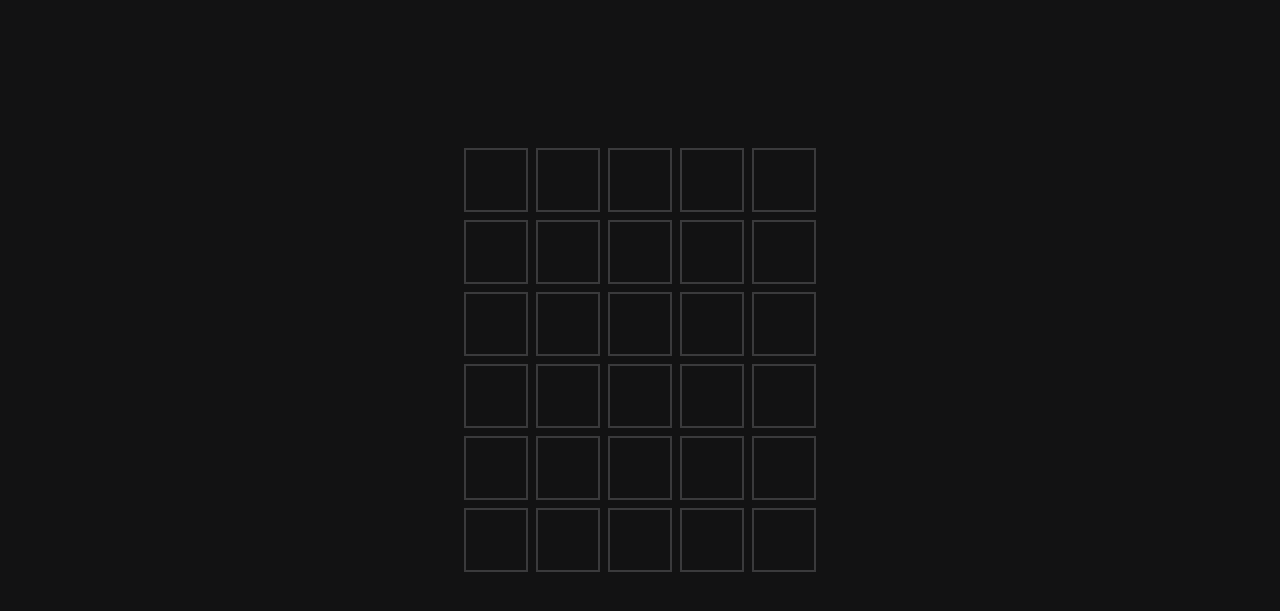
Repository: maxempolk/wordle-app
Page: / (app in frontend/)
The author's editor kept a copy of each file at every save. The page is drawn from the files as they stood at one save, then again after the next save.
The browser window is 1280 px wide. The pictures show the whole page.
The project was rebuilt for these pictures with package versions that can differ from the ones it lists, and the page was loaded fresh each time. Also part of the build but not shown: frontend/vite.config.ts.

Above is the page before, as saved 2025-02-19 03:15:24.

After the next save:
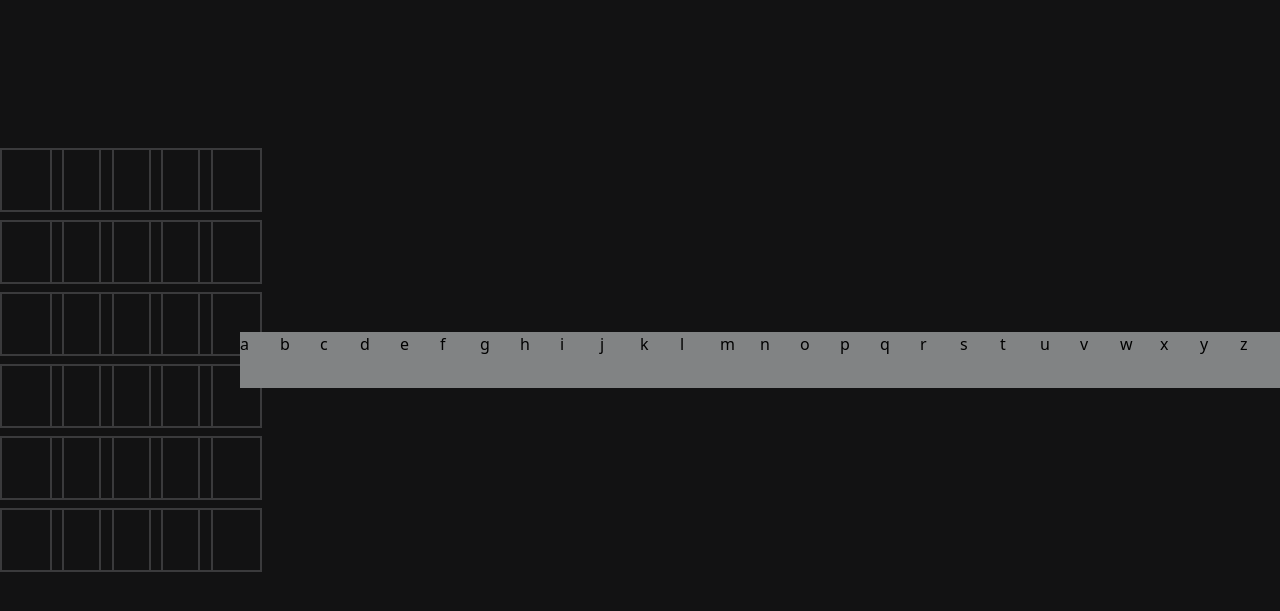
Saved 15 s later.
--- a/frontend/src/App.vue
+++ b/frontend/src/App.vue
@@ -4,6 +4,7 @@ import TheLetter from './components/TheLetter.vue'
 import { useTemplateRef } from 'vue'
 import { paintWordle } from './utils/wordle'
 import { useRealWordStore } from './stores/realWord'
+import theKeyboard from '@/components/TheKeyboard.vue'
 
 const store = useRealWordStore()
 
